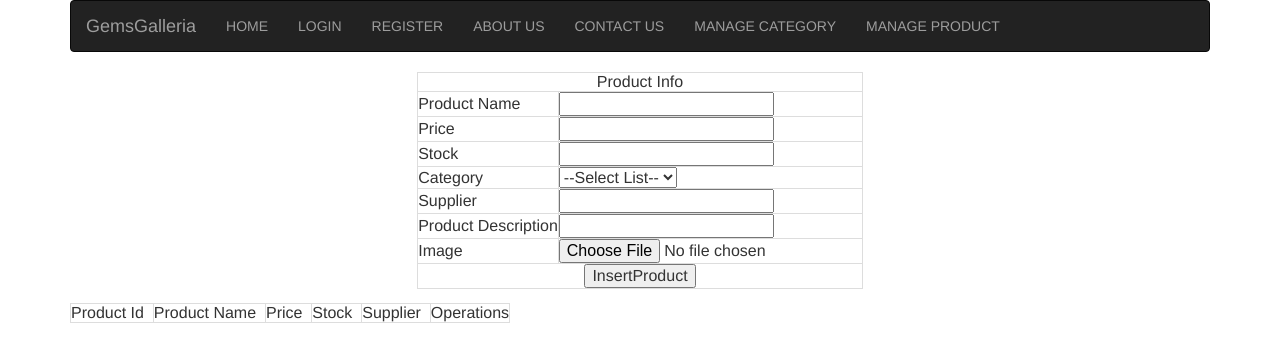
Repository: TheSarikaSharma/NewWorkSpace1
Page: http://localhost/GemsGalleriaFrontend/WEB-INF/views/Product.jsp
An editor plug-in stored every save of this project. The page is shown before and after the next save, followed by the edit.
The browser window is 1280 px wide. The pictures show the whole page.
The page is served by Tomcat 9. Nobody is signed in. Other server files are loaded and not shown. The template is opened directly, without the code that normally fills it, so the values that code supplies are empty.

Above is the page before, as saved 2019-02-12 18:03:26.

### GemsGalleriaFrontend/src/main/webapp/WEB-INF/views/Product.jsp
<%@ page language="java" contentType="text/html" %>
<%@taglib uri="http://www.springframework.org/tags/form" prefix="form" %>
<%@include file="Header.jsp" %>



<form:form action="InsertProduct" modelAttribute="product" method="post" enctype="multipart/form-data">
<table align="center" class="table-bordered">

  <tr>
    <td colspan="2"> <center>Product Info </center> </td>
  </tr>

  <tr>
    <td> Product Name </td>
    <td> <form:input path="productName"/></td>
  </tr>

  <tr>
    <td> Price </td>
    <td> <form:input path="price"/></td>
  </tr>

  <tr>
    <td> Stock </td>
    <td> <form:input path="stock"/></td>
  </tr>

  <tr>
    <td> Category </td>
    <td>
        <form:select path="categoryId">
           <form:option value="0" label="--Select List--" />
           <form:options items="${categoryList}" />
        </form:select>

    </td>
  </tr>

  <tr>
     <td> Supplier </td>
     <td> <form:input path="supplierId" /> </td>
  </tr>

  <tr>
     <td> Product Description </td>
     <td> <form:input path="productDesc" /> </td>
  </tr>

  <tr>
     <td> Image </td>
     <td> <form:input type="file" path="pimage" /> </td>
  </tr>

  <tr>
     <td colspan="2"> <center><input type="submit" value="InsertProduct" /> </center> </td>
  </tr>

</table>
</form:form>

<table class="table-bordered">
    <tr>
      <td> Product Id &nbsp</td>
      <td> Product Name &nbsp</td>
      <td> Price &nbsp</td>
      <td> Stock &nbsp</td>
      <td> Supplier &nbsp</td>
      <td> Operations </td>
    </tr>

   <c:forEach items = "${productList}" var="product" >
     <tr>
       <td> <center> ${product.productId}  </center> </td>
       <td> <center>  ${product.productName} </center> </td>
       <td>  <center> ${product.price} </center> </td>
       <td>  <center> ${product.stock} </center> </td>
       <td>  <center> ${product.supplierId} </center> </td>

       <td> <a href="<c:url value='/editProduct/${product.productId}'/>" class="btn btn-success"> EDIT </a> /
       <td> <a href="<c:url value='/deleteProduct/${product.productId}'/>" class="btn btn-danger"> DELETE </a> </td>
     </tr>
   </c:forEach>
</table>
</body>
</html>

### GemsGalleriaFrontend/src/main/webapp/WEB-INF/views/Header.jsp
<%@ page language="java" contentType="text/html"%>
<%@taglib uri="http://java.sun.com/jsp/jstl/core" prefix="c" %>

<html>
<head>
<meta charset="ISO-8859-1">
<title> ${pageinfo}GemsGalleria </title>

<meta name=viewport content="width=device-width , intial-scale=1">

<link rel="stylesheet" href="https://maxcdn.bootstrapcdn.com/bootstrap/3.3.7/css/bootstrap.min.css">
<script src="https://ajax.googleapis.com/ajax/libs/jquery/3.3.1/jquery.min.js"></script>
<script src="https://maxcdn.bootstrapcdn.com/bootstrap/3.3.7/js/bootstrap.min.js"></script>

</head>
<body>

<div class="container">
    <nav class="navbar navbar-inverse">
        <div class="container-fluid">
           <div class="navbar-header">
               <a class="navbar-brand" href="#"> GemsGalleria </a>
           </div>
           <ul class="nav navbar-nav">
             <li> <a href="<c:url value="home" />"> HOME </a></li>
             <li> <a href="<c:url value="login" />"> LOGIN  </a></li>
             <li> <a href="<c:url value="register" />"> REGISTER </a></li>
             <li> <a href="<c:url value="aboutUs" />"> ABOUT US </a></li>
             <li> <a href="<c:url value="contactUs" />"> CONTACT US </a></li>
             <li> <a href="<c:url value="category" />">MANAGE CATEGORY </a></li>
             <li> <a href="<c:url value="product" />">MANAGE PRODUCT </a></li>

             </ul>
             </div>
            </nav>
            </body>
            </html>

After the next save:
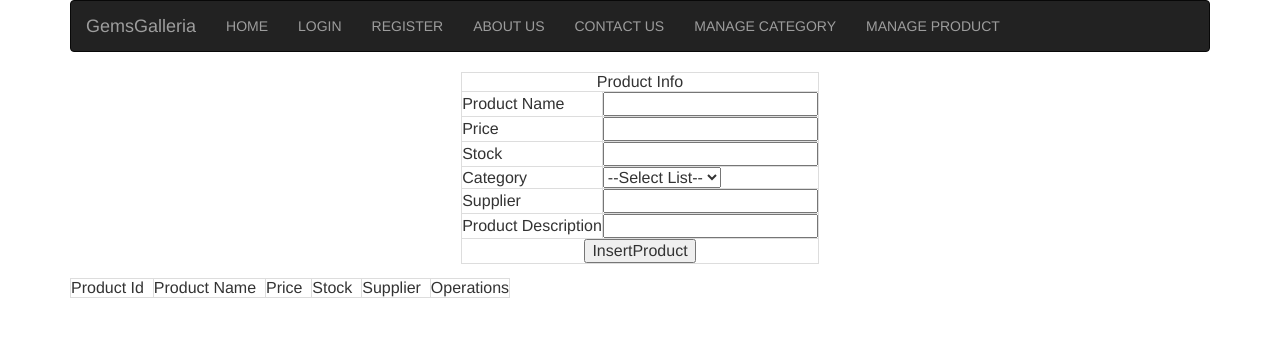
Saved 3 min 19 s later.
--- a/GemsGalleriaFrontend/src/main/webapp/WEB-INF/views/Product.jsp
+++ b/GemsGalleriaFrontend/src/main/webapp/WEB-INF/views/Product.jsp
@@ -47,10 +47,7 @@
      <td> <form:input path="productDesc" /> </td>
   </tr>
 
-  <tr>
-     <td> Image </td>
-     <td> <form:input type="file" path="pimage" /> </td>
-  </tr>
+
 
   <tr>
      <td colspan="2"> <center><input type="submit" value="InsertProduct" /> </center> </td>
